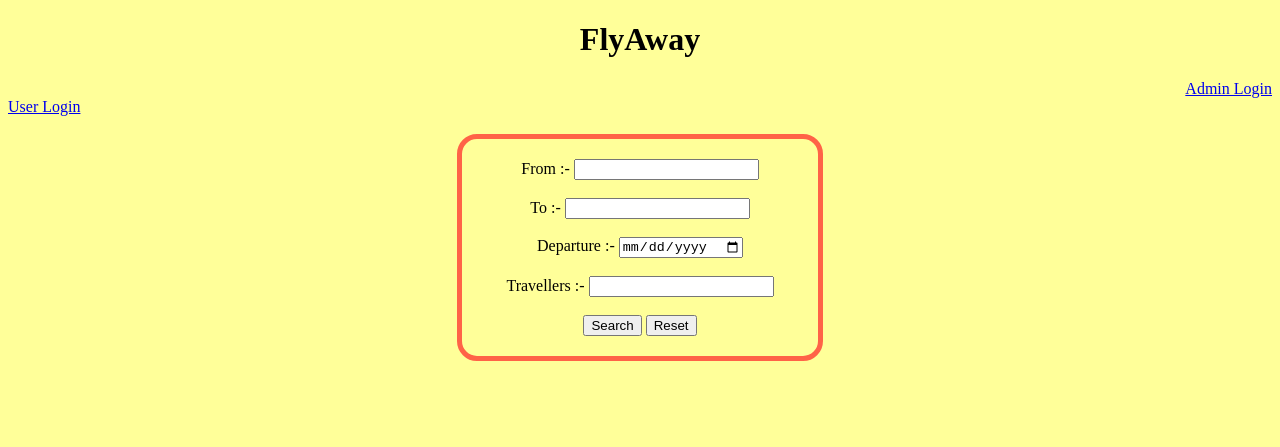
Repository: badrilogaram/Phase-two-project
Page: http://localhost/FlyAway-master/HomePage.jsp
These files come from the project's save history. The page is drawn as it stood at one moment and after the next save; the edit follows.
The browser window is 1280 px wide. The pictures show the whole page.
The page is served by Tomcat 9. Other server files are loaded and not shown.

Above is the page before, as saved 2021-05-27 22:52:15.

### FlyAway-master/src/main/webapp/HomePage.jsp
<%@ page language="java" contentType="text/html; charset=ISO-8859-1"
    pageEncoding="ISO-8859-1"%>
<%@ page import="java.util.*" %>
<!DOCTYPE html>
<html>
<head>
<meta charset="ISO-8859-1">
<title>FlyAway</title>
</head>
<body style="background-color:rgb(255,255,153)">
<h1><center>FlyAway</center></h1>

<div align="right">
<a href="AdminPage.jsp">Admin Login</a>
</div>

<%
	@SuppressWarnings("unchecked")
	HashMap<String,String> user=(HashMap<String,String>)session.getAttribute("user");
	if(user!=null){
%>
<p>Welcome <%=user.get("name") %></p>
<a href="Logout">Logout</a>
<%
	}else{
%>
<a href=UserPage.jsp>User Login</a>
<%
	}
%>
<br><br>
<center>
<div style="border:5px solid tomato;width:25%;border-radius:20px;padding:20px" align = "center">
<form action=FlightList method=post>
	<label for=from>From :-</label> <input type=text name=from id=from/><br><br>
	<label for=to>To :-</label> <input type=text name=to id=to/><br><br>
	<label for=departure>Departure :-</label> <input type=date name=departure id=departure/><br><br>
	<label for=travellers>Travellers :-</label> <input type=number name=travellers id=travellers/><br><br>
	<input type=submit value=Search /> <input type=reset />
</form>
</center>
</div>
</body>
</html>

After the next save:
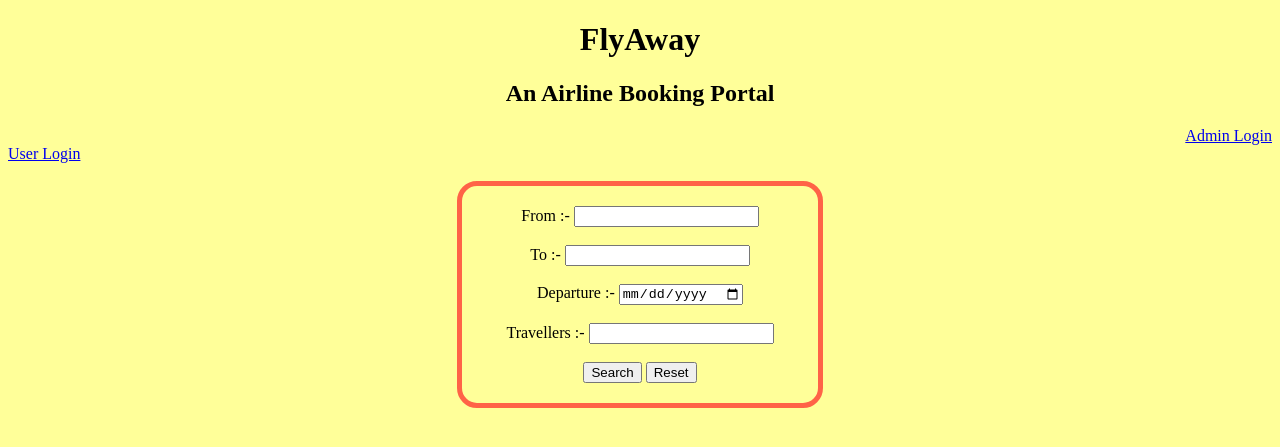
Saved 68 s later.
--- a/FlyAway-master/src/main/webapp/HomePage.jsp
+++ b/FlyAway-master/src/main/webapp/HomePage.jsp
@@ -9,6 +9,7 @@
 </head>
 <body style="background-color:rgb(255,255,153)">
 <h1><center>FlyAway</center></h1>
+<h2><center>An Airline Booking Portal</center></h2>
 
 <div align="right">
 <a href="AdminPage.jsp">Admin Login</a>
